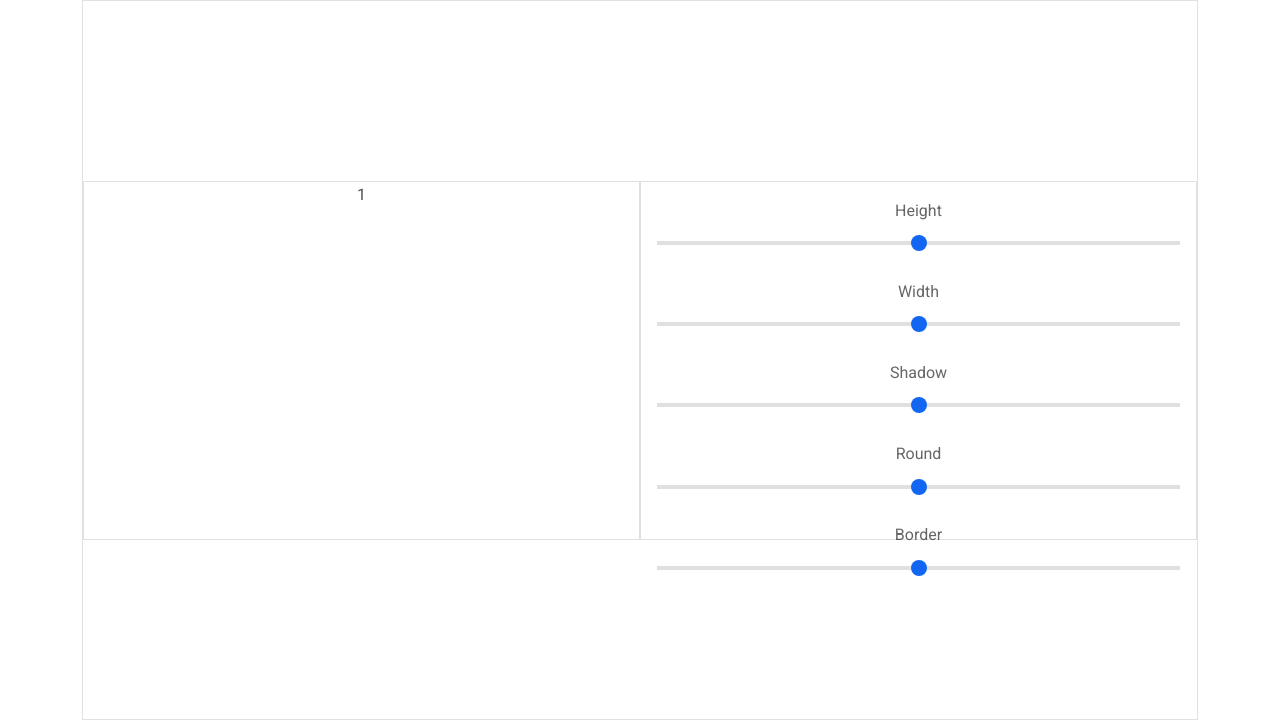
Repository: USaditya98/card-generator
Page: index.html
The author's editor kept a copy of each file at every save. The page is drawn from the files as they stood at one save, then again after a run of saves.
The browser window is 1280 px wide. The pictures show the whole page.

Above is the page before, as saved 2021-10-20 11:13:52.

### index.html
<!DOCTYPE html>
<html lang="en">
  <head>
    <meta charset="UTF-8" />
    <meta name="viewport" content="width=device-width, initial-scale=1, shrink-to-fit=no" />
    <meta http-equiv="x-ua-compatible" content="ie=edge" />
    <title>Material Design for Bootstrap</title>
    <!-- MDB icon -->
    <link rel="icon" href="img/mdb-favicon.ico" type="image/x-icon" />
    <!-- Font Awesome -->
    <link rel="stylesheet" href="https://use.fontawesome.com/releases/v5.15.2/css/all.css" />
    <!-- Google Fonts Roboto -->
    <link
      rel="stylesheet"
      href="https://fonts.googleapis.com/css2?family=Roboto:wght@300;400;500;700;900&display=swap"
    />
    <!-- MDB -->
    <link rel="stylesheet" href="css/mdb.min.css" />
  </head>
  <body>
    <!-- Start your project here-->
    <div class="container">
      <div class="d-flex justify-content-between align-items-center text-center border" style="height: 100vh;">
            <div class="border w-50 h-50" id="create">1</div>
            <div class="border w-50 h-50">
            <div class="m-3">
                <label class="form-label" for="customRange1">Height</label>
                <div class="range">
                <input type="range" class="form-range" id="customRange1" />
                </div>
            </div>
            <div class="m-3">
                <label class="form-label" for="customRange1">Width</label>
                <div class="range">
                <input type="range" class="form-range" id="customRange1" />
                </div>
            </div>
            <div class="m-3">
                <label class="form-label" for="customRange1">Shadow</label>
                <div class="range">
                <input type="range" class="form-range" id="customRange1" />
                </div>
            </div>
            <div class="m-3">
                <label class="form-label" for="customRange1">Round</label>
                <div class="range">
                <input type="range" class="form-range" id="customRange1" />
                </div>
            </div>
            <div class="m-3">
                <label class="form-label" for="customRange1">Border</label>
                <div class="range">
                <input type="range" class="form-range" id="customRange1" />
                </div>
            </div>
            </div>
      </div>
    </div>
    <!-- End your project here-->

    <!-- MDB -->
    <script type="text/javascript" src="js/mdb.min.js"></script>
    <!-- Custom scripts -->
    <script type="text/javascript"></script>
  </body>
</html>

Loaded but not shown: css/mdb.min.css (library); js/mdb.min.js (library)

After the next 4 saves:
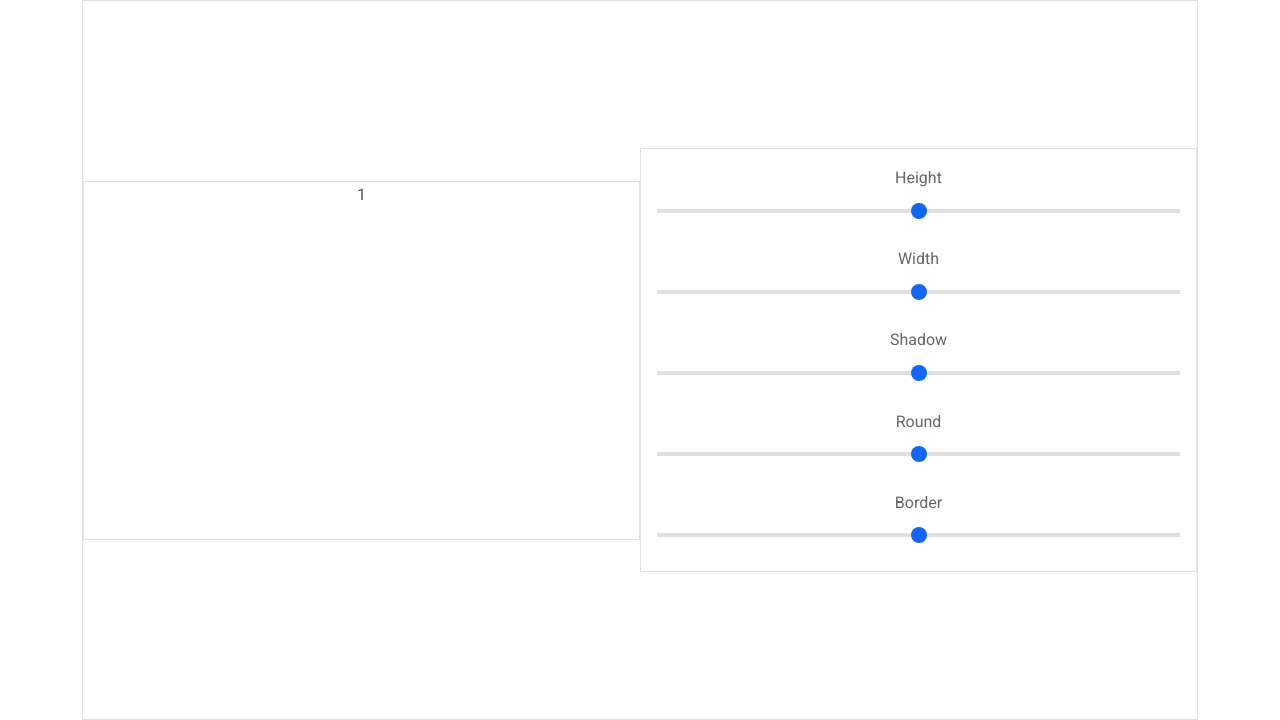
The 4 saves are shown as one change because they came seconds apart.
The last was saved 14 s later.
--- a/index.html
+++ b/index.html
@@ -22,7 +22,7 @@
     <div class="container">
       <div class="d-flex justify-content-between align-items-center text-center border" style="height: 100vh;">
             <div class="border w-50 h-50" id="create">1</div>
-            <div class="border w-50 h-50">
+            <div class="border w-50 ">
             <div class="m-3">
                 <label class="form-label" for="customRange1">Height</label>
                 <div class="range">
